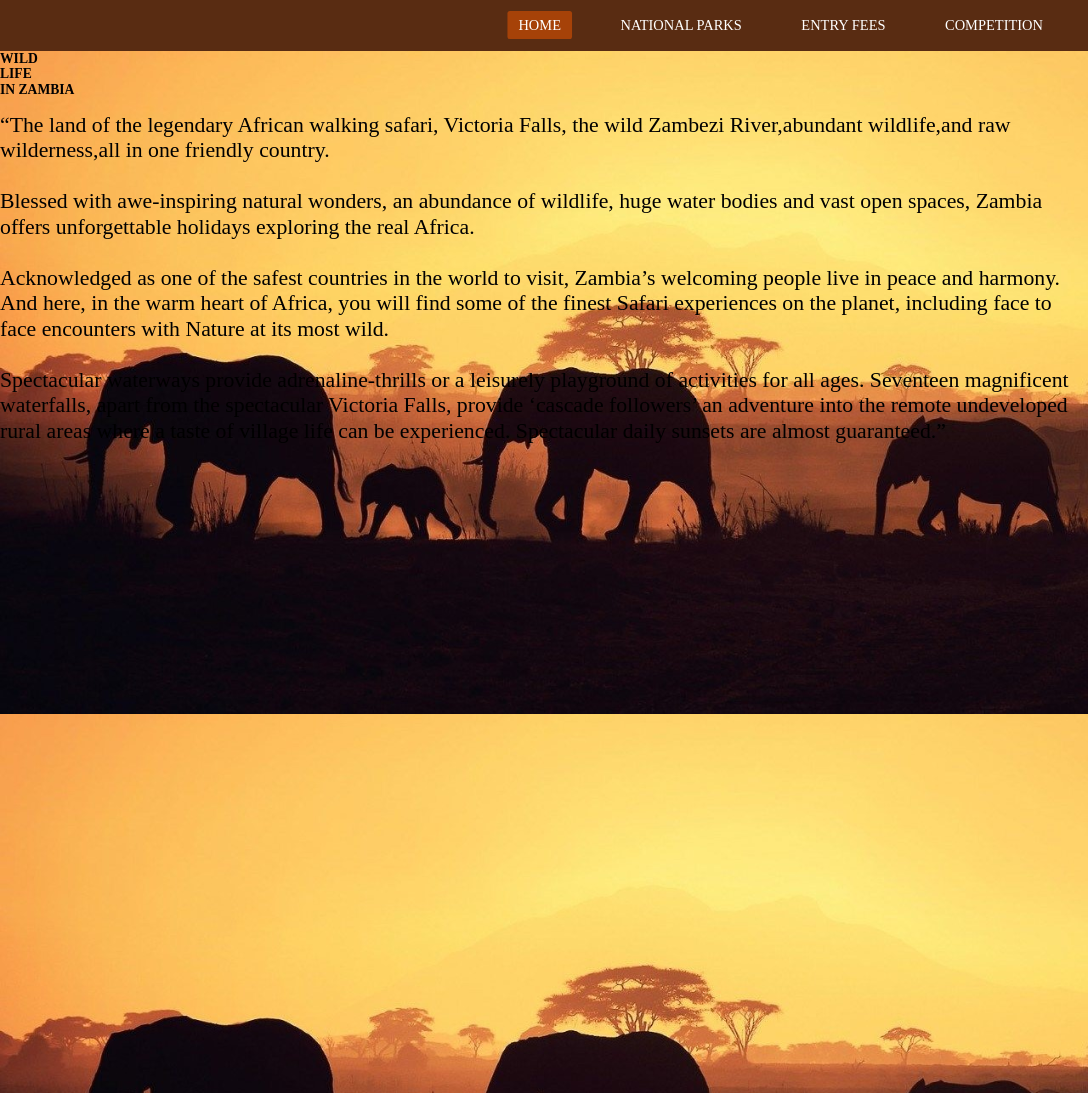
Repository: Lungdjos/web_assignment_3rd_yr
Page: home/index.html
The author's editor kept a copy of each file at every save. The page is drawn from the files as they stood at one save, then again after the next save.
The browser window is 1280 px wide. The pictures show the whole page, at 85% of full size.
Some web libraries are served in a nearby version.

Above is the page before, as saved 2021-06-18 15:17:00.

### home/index.html
<!DOCTYPE html>
<html lang="en">

<head>
    <meta charset="UTF-8">
    <meta http-equiv="X-UA-Compatible" content="IE=edge">
    <meta name="viewport" content="width=device-width, initial-scale=1.0">
    <link rel="stylesheet" href="index.css">


    <title>Home</title>
    <script src="https://kit.fontawesome.com/a076d05399.js"></script>
</head>

<body>
    <nav>
        <input type="checkbox" id="check">
        <label for="check" class="checkbtn">
            <i class="fas fa-bars"></i>
        </label>
        <label class="logo">  </label>

        <ul>
            <li><a class="active" href="#">Home</a></li>
            <li><a class="dropdown" href="#">National Parks</a>
                <ul class="drop">
                    <li>
                        <a href="/national parks/lower_zambezi/Lower_Zambezi.html">Lower Zambezi</a>
                    </li>
                    <li>
                        <a href="/national parks/mosi-oa-tunia/Mosi-oa-Tunya.html">Mosi oa Tunia</a>
                    </li>
                    <li>
                        <a href="/national parks/south_luangwa/South_Luangwa.html">South Luangwa</a>
                    </li>
                    <li>
                        <a href="/national parks/north_luangwa/North_Luangwa.html">North Luangwa</a>
                    </li>
                </ul>
            </li>
            <li><a href="/entry fee/entry_fee.html">Entry Fees</a></li>
            <li><a href="/competition/competition.html">Competition</a></li>

        </ul>
    </nav>
    <div>
        <section>
            <div>
                <p class="welcome">
                    <strong id="01">WILD</strong><br>
                    <strong id="02">LIFE</strong><br>
                    <strong id="03">IN ZAMBIA</strong>
                </p>
            </div>
            <br>
            <div>
                <p class="para2">
                    <q>The land of the legendary African walking safari, Victoria Falls, the wild Zambezi River,abundant wildlife,and raw wilderness,all in one friendly country. <br><br>Blessed with awe-inspiring natural wonders, an abundance of wildlife,
                    huge water bodies and vast open spaces, Zambia offers unforgettable holidays exploring the real Africa. <br><br>Acknowledged as one of the safest countries in the world to visit, Zambia’s welcoming people live in peace and harmony. And here,
                    in the warm heart of Africa, you will find some of the finest Safari experiences on the planet, including face to face encounters with Nature at its most wild.<br> <br>Spectacular waterways provide adrenaline-thrills or a leisurely playground
                    of activities for all ages. Seventeen magnificent waterfalls, apart from the spectacular Victoria Falls, provide ‘cascade followers’ an adventure into the remote undeveloped rural areas where a taste of village life can be experienced.
                    Spectacular daily sunsets are almost guaranteed.</q></p>
            </div>

        </section>
    </div>


</body>

</html>

### home/index.css
    * {
        padding: 0;
        margin: 0;
        text-decoration: none;
        box-sizing: border-box;
    }

    body {
        font-family: montserrat;
    }

    nav {
        background: #592C12;
        height: 60px;
        width: 100%;
    }

    label.logo {
        color: white;
        font-size: 35;
        line-height: 60px;
        padding: 0 100px;
        font-weight: bold;
    }

    nav ul {
        float: right;
        margin-right: 20px;
    }

    nav ul li {
        display: inline-block;
        line-height: 60px;
        margin: 0 20px;
    }

    nav ul li a {
        color: white;
        font-size: 17px;
        padding: 7px 13px;
        border-radius: 3px;
        text-transform: uppercase;
    }

    a.active,
    a:hover {
        background: #A64208;
        transition: 0.5s;
    }

    .checkbtn {
        font-size: 30px;
        color: white;
        float: right;
        line-height: 60px;
        margin-right: 40px;
        cursor: pointer;
        display: none;
    }

    #check {
        display: none;
    }

    @media (max-width: 1080px) {
        label.logo {
            font-size: 30px;
            padding-left: 50px;
        }
        nav ul li a {
            font-size: 16px;
        }
    }

    @media (max-width: 1080px) {
        .checkbtn {
            display: block;
        }
        ul {
            position: fixed;
            width: 100%;
            height: 100vh;
            background: #592C12;
            top: 80px;
            left: -100%;
            text-align: center;
            transition: all 0.5s;
        }
        nav ul li {
            display: block;
            margin: 50px 0;
            line-height: 20px;
        }
        nav ul li a {
            font-size: 20px;
            font-family: Arial, Helvetica, sans-serif;
        }
        a:hover,
        a.active {
            background: none;
            color: #F2D1B3;
        }
        #check:checked~ul {
            left: 0;
        }
    }

    section {
        background: url(/assets/images/elephants.jpg);
        background-size: no repeat;
        height: calc(180vh - 70px);
    }
    /**New Content Added*/

    nav ul li ul a {
        display: block;
        padding: 0 15px;
        color: white;
        text-decoration: none;
    }

    nav ul li:hover>ul {
        display: block;
    }

    nav ul ul {
        position: absolute;
        top: 30px;
        list-style-type: none;
        line-height: 60px;
    }

    nav ul ul li {
        display: none;
    }

    nav ul ul a {
        width: 100%;
        float: none;
        display: list-item;
        position: relative;
    }

    nav ul ul li a {
        display: list-item;
        list-style-type: none;
        position: inherit;
    }
    /**Wild Life Formatting*/

    strong#01 {
        font-size: 100px;
        font-family: Arial, Helvetica, sans-serif;
    }

    strong#02 {
        margin-left: 100px;
    }

    .para2 {
        font-variant-position: initial;
        font-size: 1.6em;
        color: black;
    }

After the next save:
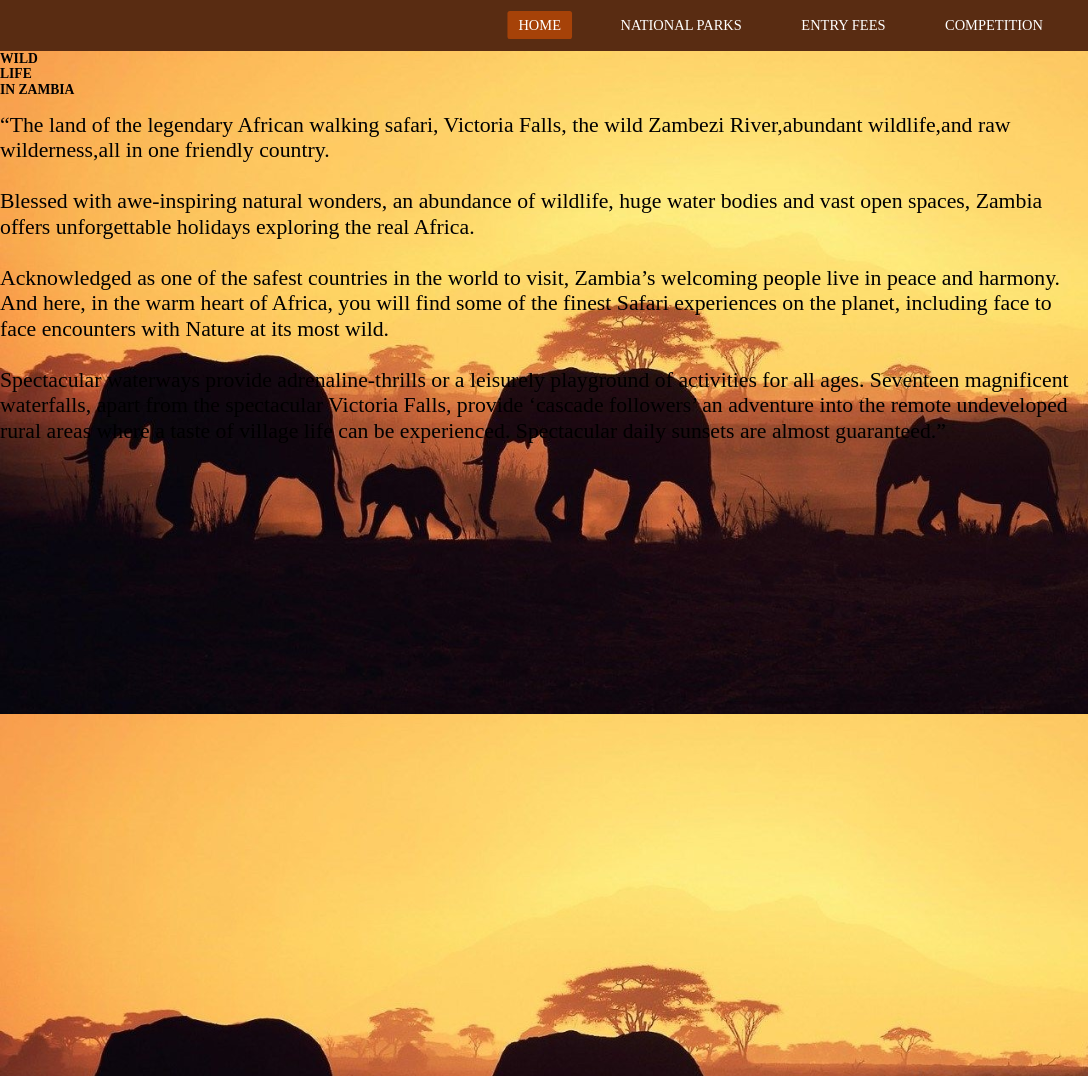
Saved 7 s later.
--- a/home/index.css
+++ b/home/index.css
@@ -108,7 +108,7 @@
     section {
         background: url(/assets/images/elephants.jpg);
         background-size: no repeat;
-        height: calc(180vh - 70px);
+        height: calc(180vh - 90px);
     }
     /**New Content Added*/
 
